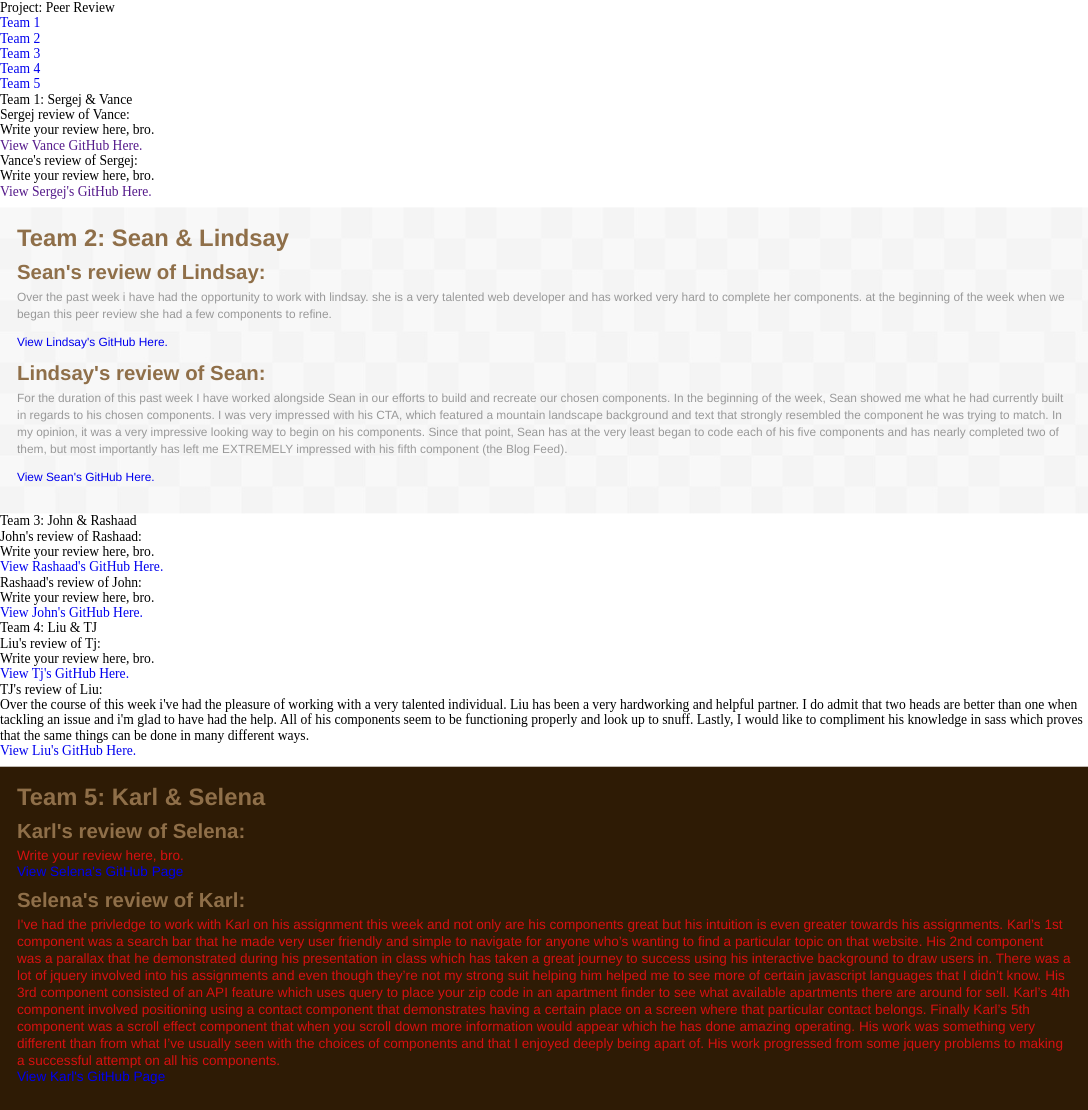
Repository: Smvargas787/WSP-2.5
Page: workspace 3/hello-world.html
The author's editor kept a record of every edit. The page is drawn from the files as they stood at one moment, then again after the next edit.
The browser window is 1280 px wide. The pictures show the whole page, at 85% of full size.
Some web libraries are served in a nearby version.

Above is the page before.

### workspace 3/hello-world.html
<!DOCTYPE html>
<html lang= "en">
	<head>
		<meta charset= "utf-8"/>
		<meta name="viewport" content="width=device-width, initial-scale=1, maximum-scale=1">
		<title>Project: Peer Review</title>

		<link href="css/reset.css" rel="stylesheet" type="text/css" />
		<link href="css/style.css" rel="stylesheet" type="text/css" />
	</head>


	<body>

		<header>
			<h1>Project: Peer Review</h1>
			<nav>
				<ul>
					<li><a href="#" class="link" data-this=".team1" data-last=".page">Team 1</a></li>
					<li><a href="#" class="link" data-this=".team2" data-last=".page">Team 2</a></li>
					<li><a href="#" class="link" data-this=".team3" data-last=".page">Team 3</a></li>
					<li><a href="#" class="link" data-this=".team4" data-last=".page">Team 4</a></li>
					<li><a href="#" class="link" data-this=".team5" data-last=".page">Team 5</a></li>
				</ul>
			</nav>
		</header>


<!-- 	Team 1 -->
		<section class="page team1">
			<h2>Team 1: Sergej & Vance</h2>

			<article>
				<h3>Sergej review of Vance:</h3>
				<p>Write your review here, bro.</p>
				<a href="" target="_blank">View Vance GitHub Here.</a>
			</article>

			<article>
			 	<h3>Vance's review of Sergej:</h3>
				<p>Write your review here, bro.</p>
				<a href="" target="_blank">View Sergej's GitHub Here.</a>
			</article>
        </section>
<!-- End Team 1 -->





<!-- 	Team 2 -->
		<section class="page team2">
			<h2>Team 2: Sean & Lindsay</h2>

			<article>
				<h3>Sean's review of Lindsay:</h3>
				<p>Over the past week i have had the opportunity to work with lindsay. she is a very talented web developer and has worked very hard
				to complete her components. at the beginning of the week when we began this peer review she had a few components to refine.
				</p>
				<a href="http://lindsayhampton.github.io/WSP/" target="_blank">View Lindsay's GitHub Here.</a>
			</article>

			<article>
			 	<h3>Lindsay's review of Sean:</h3>
				<p>For the duration of this past week I have worked alongside Sean in our efforts to build and recreate our chosen components.
				In the beginning of the week, Sean showed me what he had currently built in regards to his chosen components. I was very impressed with his CTA,
				which featured a mountain landscape background and text that strongly resembled the component he was trying to match. In my opinion, it was a
				very impressive looking way to begin on his components. Since that point, Sean has at the very least began to code each of his five components and
				has nearly completed two of them, but most importantly has left me EXTREMELY impressed with his fifth component (the Blog Feed). </p>
				<a href="http://seanedw1.github.io/wsp_edwards_sean/index.html" target="_blank">View Sean's GitHub Here.</a>
			</article>

		</section>
<!-- End Team 2 -->




<!-- 	Team 3 -->
		<section class="page team3">
			<h2>Team 3: John & Rashaad</h2>
			<article>
				<h3>John's review of Rashaad:</h3>
				<p>Write your review here, bro.</p>
				<a href="http://mangenius200.github.io/WSP/wsp_project-master/index.html" target="_blank">View Rashaad's GitHub Here.</a>
			</article>

			<article>
			 	<h3>Rashaad's review of John:</h3>
				<p>Write your review here, bro.</p>
				<a href="http://johnkunkle1987.github.io/Web-Standards-Project/week_1_project/" target="_blank">View John's GitHub Here.</a>
			</article>
		</section>
<!-- End Team 3 -->





<!-- 	Team 4 -->
		<section class="page team4">
			<h2>Team 4: Liu  & TJ</h2>
			<article>
				<h3>Liu's review of Tj:</h3>
				<p>Write your review here, bro.</p>
				<a href="http://fs-timothymccoy.github.io/WSP/ProjectPlanning/index.html" target="_blank">View Tj's GitHub Here.</a>
			</article>

			<article>
			 	<h3>TJ's review of Liu:</h3>
				<p>Over the course of this week i've had the pleasure of working with a very talented individual. Liu has been a very hardworking and helpful partner. I do admit that two heads are better than one when tackling an issue and i'm glad to have had the help. All of his components seem to be functioning properly and look up to snuff. Lastly, I would like to compliment his knowledge in sass which proves that the same things can be done in many different ways.</p>
				<a href="http://maumasi.github.io/WSP_082015/" target="_blank">View Liu's GitHub Here.</a>
			</article>

    	</section>
<!-- End Team 4 -->


<!-- 	Team 5 -->
		<section class="page team5">
			<h2>Team 5: Karl & Selena</h2>
			<article>
				<h3>Karl's review of Selena:</h3>
				<p>Write your review here, bro.</p>
				<a href="http://smvargas787.github.io/WSP-2.5/index.html" target="_blank">View Selena's GitHub Page</a>
			</article>

			<article>
			 	<h3>Selena's review of Karl:</h3>
				<p>I've had the privledge to work with Karl on his assignment this week and not only are his components great but his intuition is even greater towards his assignments. Karl’s 1st component was a search bar that he made very user friendly and simple to navigate for anyone who’s wanting to find a particular topic on that website. His 2nd component was a parallax that he demonstrated during his presentation in class which has taken a great journey to success using his interactive background to draw users in. There was a lot of jquery involved into his assignments and even though they’re not my strong suit helping him helped me to see more of certain javascript languages that I didn’t know. His 3rd component consisted of an API feature which uses query to place your zip code in an apartment finder to see what available apartments there are around for sell. Karl’s 4th component involved positioning using a contact component that demonstrates having a certain place on a screen where that particular contact belongs. Finally Karl’s 5th component was a scroll effect component that when you scroll down more information would appear which he has done amazing operating. His work was something very different than from what I’ve usually seen with the choices of components and that I enjoyed deeply being apart of. His work progressed from some jquery problems to making a successful attempt on all his components. </p>
			    <a href="http://kjrohr.github.io/wps_project/blog/index.html" target="_blank">View Karl's GitHub Page</a>
			</article>




		</section>
<!-- End Team 5 -->




<!-- jquery -->
		<script src="https://ajax.googleapis.com/ajax/libs/jquery/1.11.3/jquery.min.js"></script>
	<!--	<script src="js/jquery-1.11.3.min.js"></script> -->
		<script src="js/main.js"></script>

	</body>
</html>

### workspace 3/css/reset.css
/* CSS RESET
====================================================================================================
====================================================================================================
*/



html, body, div, main, span, applet, object, iframe,
h1, h2, h3, h4, h5, h6, p, blockquote, pre,
a, abbr, acronym, address, big, cite, code,
del, dfn, em, img, ins, kbd, q, s, samp,
small, strike, strong, sub, sup, tt, var,
b, u, i, center,
dl, dt, dd, ol, ul, li,
fieldset, form, label, legend, input, textarea,
table, caption, tbody, tfoot, thead, tr, th, td,
article, aside, canvas, details, embed,
figure, figcaption, footer, header, hgroup,
menu, nav, output, ruby, section, summary,
time, mark, audio, video,
::before, ::after {

	margin: 0; padding: 0;
	border: 0;
	font-size: 100%;
	font: inherit;
	vertical-align: baseline;
	text-decoration: none;

	box-sizing: border-box;

}

// HTML5 - Older browser support
// ======================================================================
article, aside, details, figcaption, figure,
footer, header, hgroup, menu, nav, section {
	display: block;
}


// BODY
// ======================================================================
body { line-height: 1; }


// LISTS - Clear bullets
// ======================================================================
ol, ul { list-style: none; }


// QUOTES
// ======================================================================
blockquote, q { quotes: none; }
blockquote:before, blockquote:after,
q:before, q:after {
	content: '';
	content: none;
}

// TABLES
// ======================================================================
table {
	border-collapse: collapse;
	border-spacing: 0;
}

### workspace 3/css/style.css
/* Team 1 ======================================================== */
/* End of Team 1 ================================================= */


/* Team 2 ======================================================== */
.team2
{
  margin-top: 10px;
  background: url("../images/background-team2.jpg");
  color: #999999;
  font-family: Helvetica;
  padding: 20px;
  font-size: 14px;
}


.team2 article a:hover
{
  color: rgba(215,17,17, 0.8);
}

.team2 article a:visited
{
  color: #094978;
}


.team2 h1{
  text-align:center;
}


.team2 h2
{
  margin-bottom: 10px;
  font-size: 28px;
  font-weight: 900;
  color: #8F6F49;
}

.team2 article h3
{
  margin-bottom: 5px;
  color: #8F6F49;
  font-size: 24px;
  font-weight: 700;
}

.team2 article p
{
  line-height: 20px;
}

.team2 article a
{
  display: block;
  padding: 15px 0;
}


/* End of Team 2 ================================================= */


/* Team 3 ======================================================== */
/* End of Team 3 ================================================= */


/* Team 4 ======================================================== */
/* End of Team 4 ================================================= */


/* Team 5 ======================================================== */
/* Color 1: #2E1B05 Root
   Color 2: #655441 Somber
   Color 3: #8F6F49 Yggdrasil
   Color 4: #094978 Blues Power
   Color 5: #D71111 Pale Red
*/


.team5
{
  margin-top: 10px;
  background: #2E1B05;
  color: #D71111;
  font-family: Helvetica;
  padding: 20px;
}


.team5 article a:hover
{
  color: rgba(215,17,17, 0.8);
}

.team5 article a:visited
{
  color: #094978;
}

.team5 h2
{
  margin-bottom: 10px;
  font-size: 28px;
  font-weight: 900;
  color: #8F6F49;
}

.team5 article h3
{
  margin-bottom: 5px;
  color: #8F6F49;
  font-size: 24px;
  font-weight: 700;
}

.team5 article p
{
  line-height: 20px;
  font-size: 16px;
}

.team5 article a
{
  display: block;
  padding-bottom: 10px;
}


/* End of Team 5 ================================================= */

### workspace 3/js/main.js

//	jquery javaScript
$(function(){

//	make links change "pages"
//================================================================
//	$('.page').css({'display':'none'});



//	nav click events
//================================================================
	$('.link').on('click', function(){

		var linkAction1 = $(this).attr('data-last');
		var linkAction2 = $(this).attr('data-this');

		$(linkAction1).delay().slideUp();
		$(linkAction2).slideDown();

		$('.this-class').css({'display':'none'});
		$('h3').css({'display':'none'});
		//$('input').css({'display':'none'});
	});




});

After the next edit:
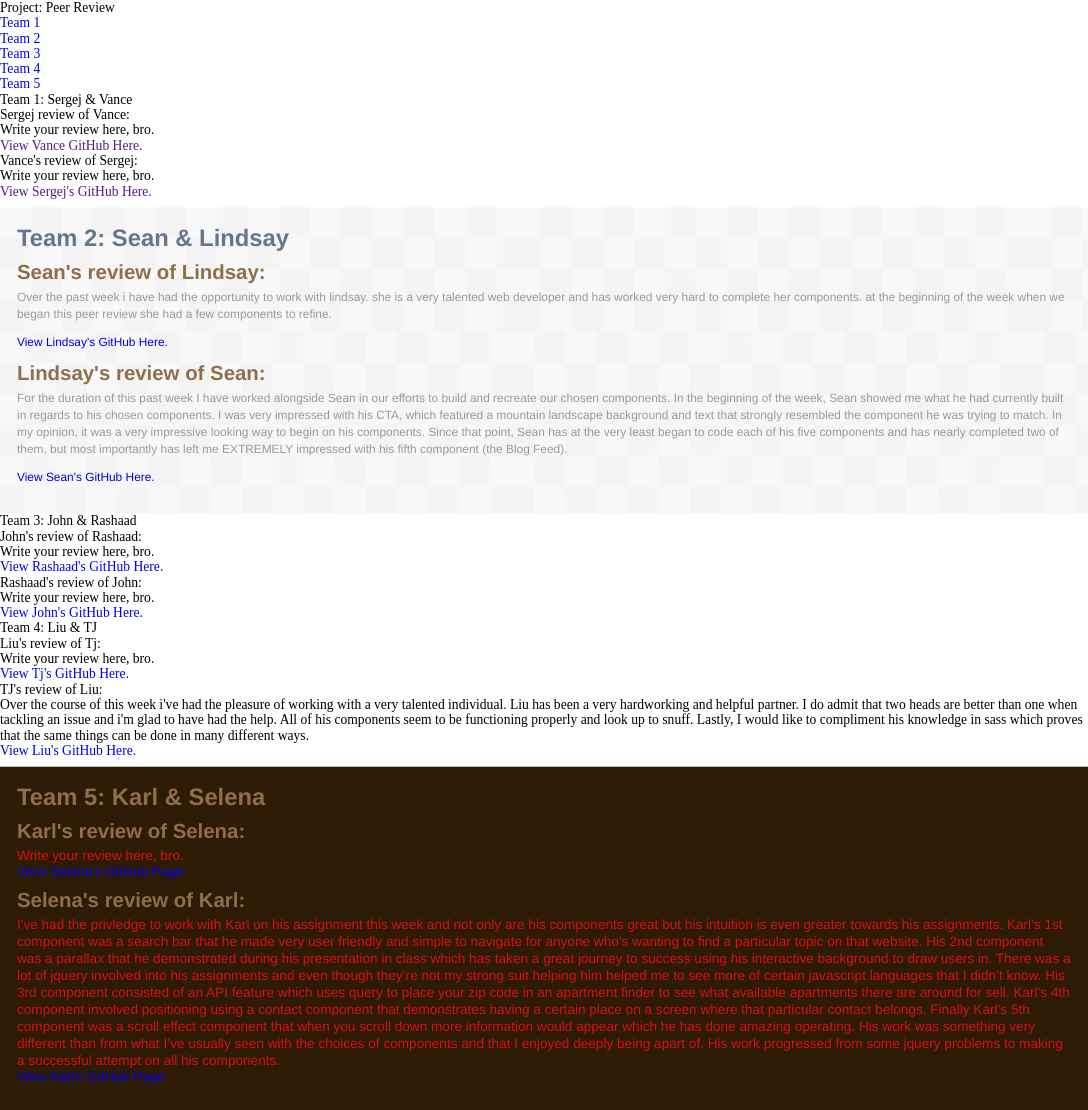
The edit:
--- a/workspace 3/css/style.css
+++ b/workspace 3/css/style.css
@@ -35,7 +35,7 @@
   margin-bottom: 10px;
   font-size: 28px;
   font-weight: 900;
-  color: #8F6F49;
+  color: #65768E;
 }
 
 .team2 article h3
